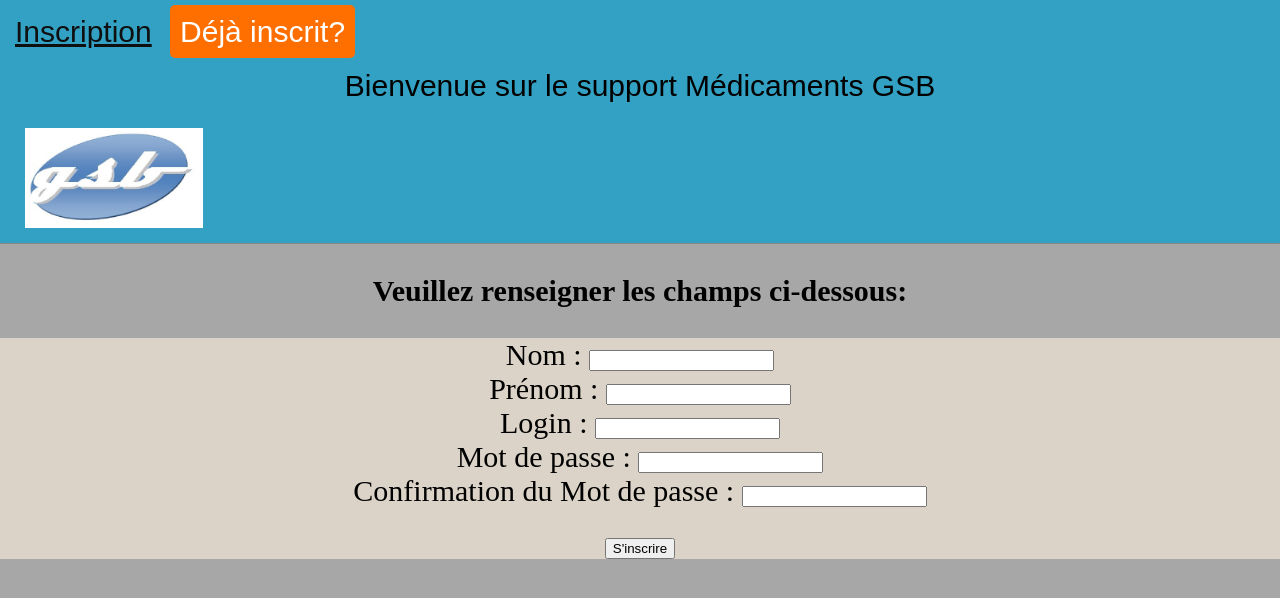
Repository: DavJnte/GSB_PHP
Page: http://localhost/?target=inscription
These files come from the project's save history. The page is drawn as it stood at one moment and after the next save; the edit follows.
The browser window is 1280 px wide. The pictures show the whole page.
The page is run by PHP 8.4 with error messages shown; the project is at /var/www/html/.

Above is the page before, as saved 2021-05-17 19:48:47.

After the next save:
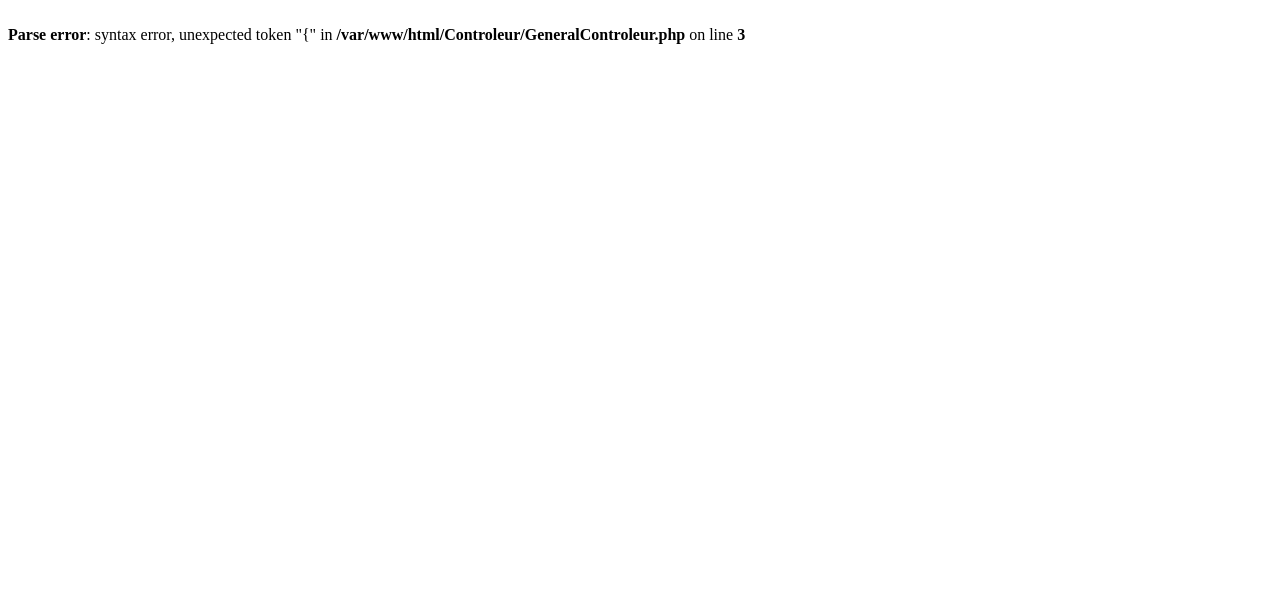
Saved 15 min 47 s later.
--- a/pdo/Controleur/GeneralControleur.php
+++ b/pdo/Controleur/GeneralControleur.php
@@ -1,6 +1,6 @@
 <?php
 	session_start();
-	if(!isset($_SESSION["autoriser"]) && !(isset($_REQUEST["target"]) && $_REQUEST["target"] == "inscription")){
+	if(!isset($_SESSION["autoriser"]) ||( !(isset($_REQUEST["target"]) && $_REQUEST["target"] == "inscription")){
 		require("Models/login.php");
 	}else{
 		if(isset($_REQUEST["target"])){

After the save that followed:
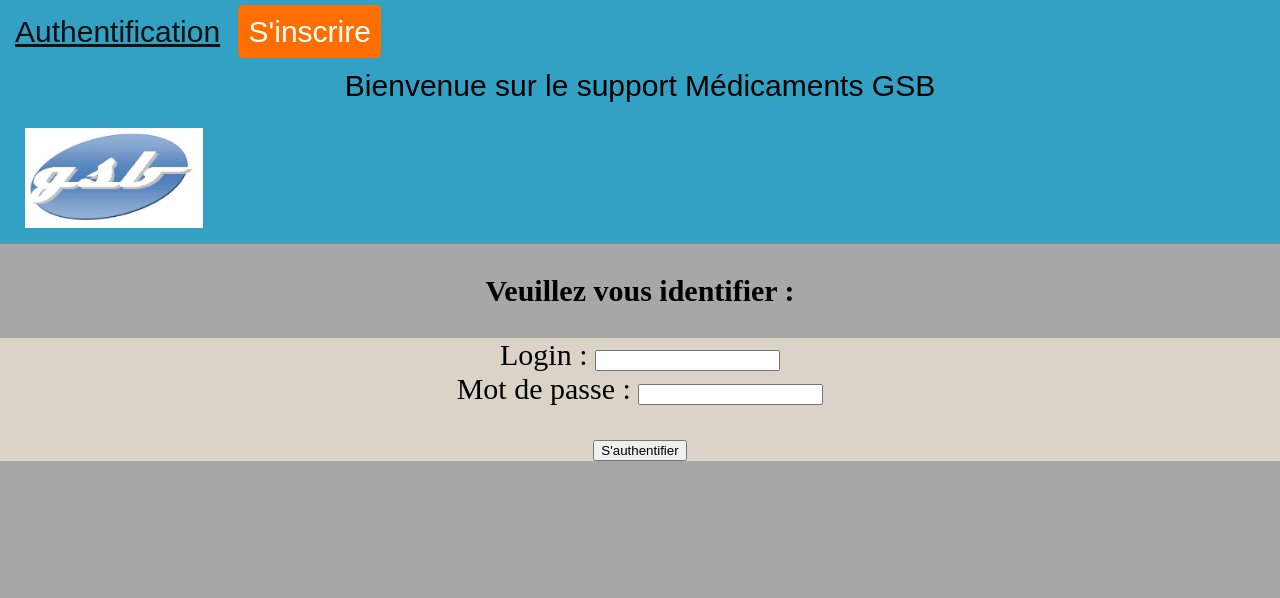
Saved 4 s later.
--- a/pdo/Controleur/GeneralControleur.php
+++ b/pdo/Controleur/GeneralControleur.php
@@ -1,6 +1,6 @@
 <?php
 	session_start();
-	if(!isset($_SESSION["autoriser"]) ||( !(isset($_REQUEST["target"]) && $_REQUEST["target"] == "inscription")){
+	if(!isset($_SESSION["autoriser"]) ||( !(isset($_REQUEST["target"]) && $_REQUEST["target"] == "inscription"))){
 		require("Models/login.php");
 	}else{
 		if(isset($_REQUEST["target"])){
